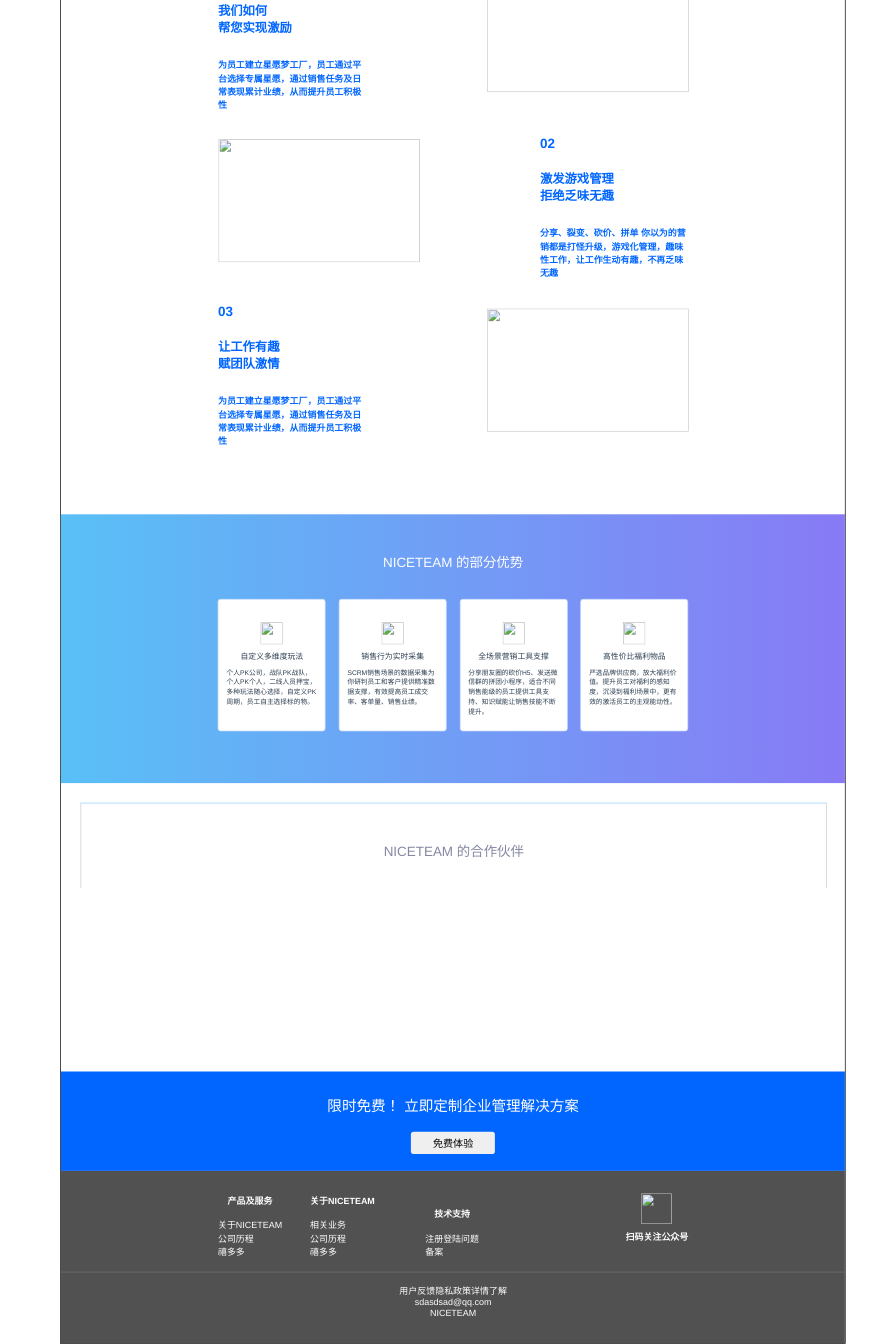
Repository: Alex-2020-0211/xrkj-guanwang
Page: / (app in src/)
These files come from the project's save history. The page is drawn as it stood at one moment and after the next save; the edit follows.
The browser window is 1280 px wide. The pictures show the part of the page from y = 1114 to 3034 px (the page is 3034 px tall), at 70% of full size.
The project was rebuilt for these pictures with package versions that can differ from the ones it lists, and the page was loaded fresh each time. Imported but missing from the stored project, and not drawn on this page: src/src/views/About.vue.

Above is the page before, as saved 2021-01-04 11:37:39.

After the next save:
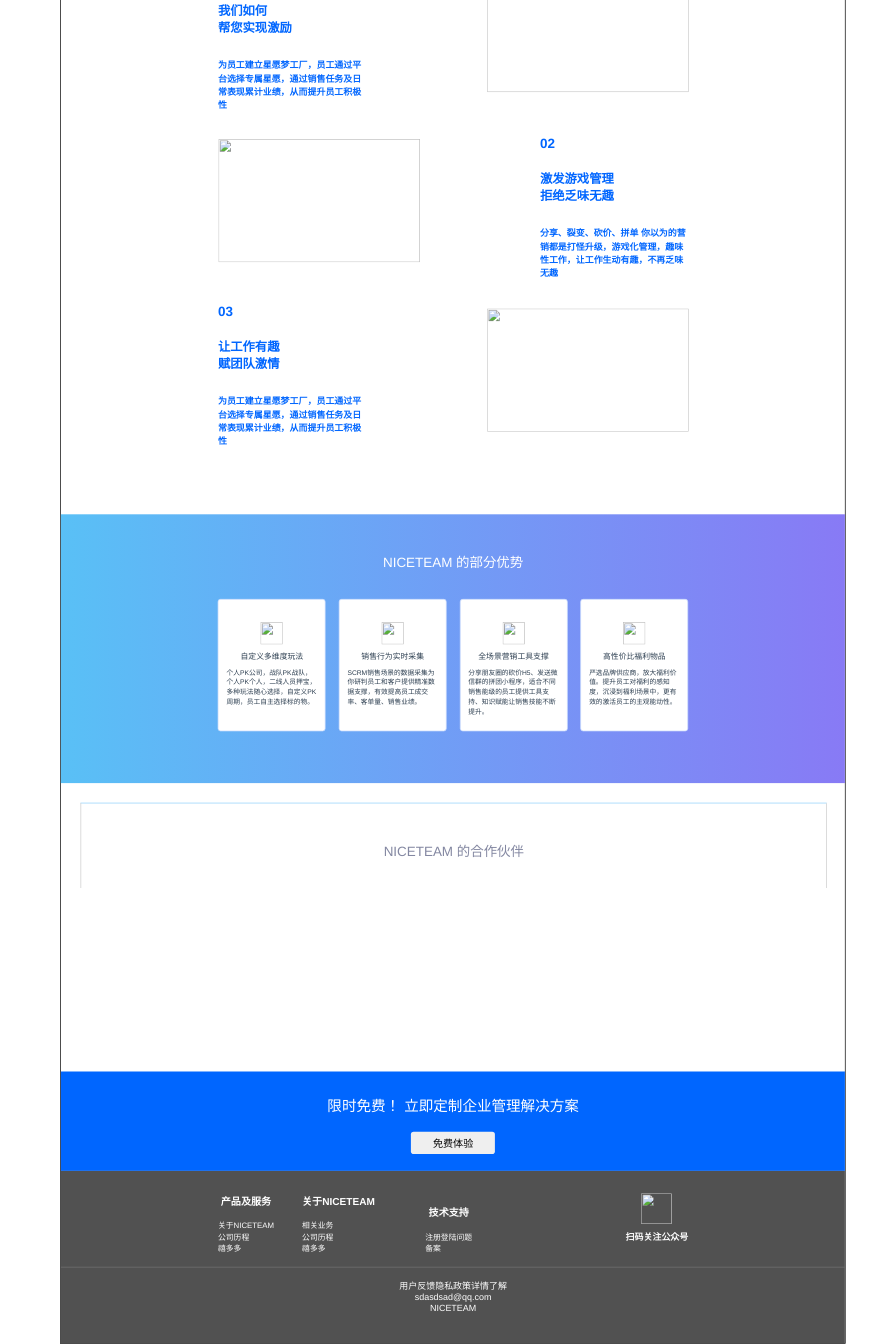
Saved 37 s later.
--- a/src/src/views/Home.vue
+++ b/src/src/views/Home.vue
@@ -485,10 +485,12 @@
               margin-right: 0.5rem;
               dt{
                 font-weight: bold;
+                font-size: 0.18rem;
                 margin-bottom: 0.2rem;
               }
               dd{
                 text-align: left;
+                font-size: 0.14rem;
               }
             }
             .jishu{
